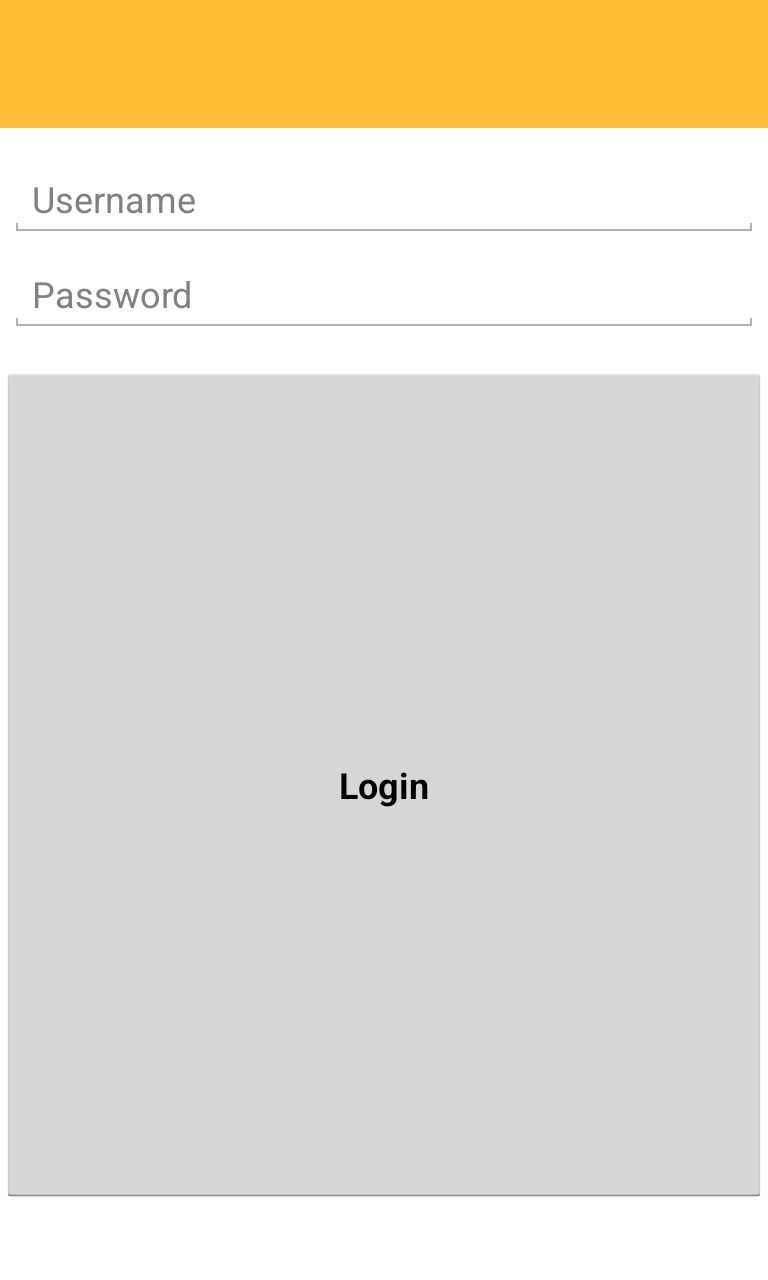
Repository: bleproj/ble-android
Layout: ble/res/layout/activity_login.xml
The author's editor kept a copy of each file at every save. The layout is drawn from the files as they stood at one save, then again after the next save.
It is drawn on a 768 x 1280 px phone screen (xhdpi) without system bars, with theme AppTheme; the app's code is not run.

Above is the layout before, as saved 2013-11-29 13:37:40.

After the next save:
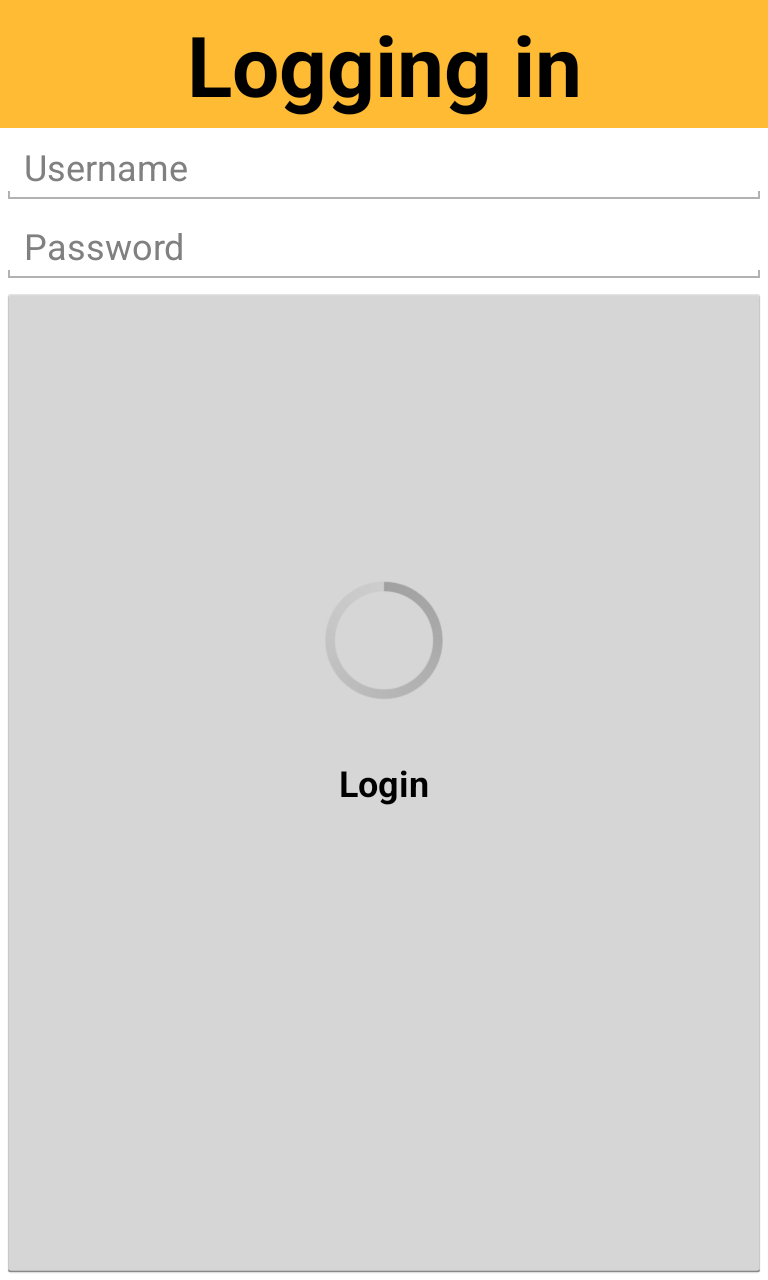
Saved 9 min 35 s later.
--- a/ble/res/layout/activity_login.xml
+++ b/ble/res/layout/activity_login.xml
@@ -1,32 +1,4 @@
-<!-- <RelativeLayout xmlns:android="http://schemas.android.com/apk/res/android" -->
-<!--     xmlns:tools="http://schemas.android.com/tools" -->
-<!--     android:layout_width="match_parent" -->
-<!--     android:layout_height="match_parent" -->
-<!--     android:paddingBottom="@dimen/activity_vertical_margin" -->
-<!--     android:paddingLeft="@dimen/activity_horizontal_margin" -->
-<!--     android:paddingRight="@dimen/activity_horizontal_margin" -->
-<!--     android:paddingTop="@dimen/activity_vertical_margin" -->
-<!--     tools:context=".LoginActivity" > -->
-
-<!--     <TextView -->
-<!--         android:id="@+id/textView1" -->
-<!--         android:layout_width="wrap_content" -->
-<!--         android:layout_height="wrap_content" -->
-<!--         android:text="@string/hello_world" /> -->
-
-<!--     <Button -->
-<!--         android:id="@+id/button1" -->
-<!--         android:layout_width="wrap_content" -->
-<!--         android:layout_height="wrap_content" -->
-<!--         android:layout_below="@+id/textView1" -->
-<!--         android:layout_marginTop="140dp" -->
-<!--         android:layout_toRightOf="@+id/textView1" -->
-<!--         android:onClick="clickedButton" -->
-<!--         android:text="Button" /> -->
-
-<!-- </RelativeLayout> -->
-
-<LinearLayout xmlns:android="http://schemas.android.com/apk/res/android"
+<RelativeLayout xmlns:android="http://schemas.android.com/apk/res/android"
     xmlns:tools="http://schemas.android.com/tools"
     android:layout_width="fill_parent"
     android:layout_height="fill_parent"
@@ -34,20 +6,34 @@
     tools:context=".LoginActivity" >
 
     <ImageView
+        android:id="@+id/imageView1"
         android:layout_width="match_parent"
         android:layout_height="64dp"
         android:background="#FFFFBB33"
         android:contentDescription="@string/app_name"
         android:scaleType="center" />
 
+    <!-- </RelativeLayout> -->
+
+    <Button
+        android:id="@+id/login"
+        android:layout_width="match_parent"
+        android:layout_height="wrap_content"
+        android:layout_alignParentBottom="true"
+        android:layout_alignParentLeft="true"
+        android:layout_below="@+id/password"
+        android:layout_weight="0.55"
+        android:onClick="Send"
+        android:text="Login"
+        android:textStyle="bold" />
+
     <EditText
         android:id="@+id/username"
         android:layout_width="match_parent"
         android:layout_height="wrap_content"
-        android:layout_marginBottom="4dp"
-        android:layout_marginLeft="4dp"
-        android:layout_marginRight="4dp"
-        android:layout_marginTop="16dp"
+        android:layout_below="@+id/imageView1"
+        android:layout_centerHorizontal="true"
+        android:ems="10"
         android:hint="Username"
         android:inputType="textEmailAddress" />
 
@@ -55,24 +41,33 @@
         android:id="@+id/password"
         android:layout_width="match_parent"
         android:layout_height="wrap_content"
-        android:layout_marginBottom="16dp"
-        android:layout_marginLeft="4dp"
-        android:layout_marginRight="4dp"
-        android:layout_marginTop="4dp"
+        android:layout_alignParentLeft="true"
+        android:layout_below="@+id/username"
+        android:ems="10"
         android:fontFamily="sans-serif"
         android:hint="Password"
         android:inputType="textPassword" />
 
-    <Button
-        android:id="@+id/login"
-        android:layout_width="match_parent"
+    <ProgressBar
+        android:id="@+id/progressBar1"
+        style="?android:attr/progressBarStyleLarge"
+        android:layout_width="wrap_content"
         android:layout_height="wrap_content"
-        android:layout_marginBottom="38dp"
-        android:layout_weight="0.55"
+        android:layout_centerHorizontal="true"
+        android:layout_centerVertical="true" />
+
+    <TextView
+        android:id="@+id/textView1"
+        android:layout_width="wrap_content"
+        android:layout_height="wrap_content"
+        android:layout_alignBottom="@+id/imageView1"
+        android:layout_alignParentLeft="true"
+        android:layout_alignParentRight="true"
+        android:layout_alignParentTop="true"
+        android:text="Logging in"
         android:textStyle="bold"
-        android:onClick="Send"
-        android:text="Login" />
+        android:textSize="42sp"
+        android:gravity="center"
+        android:textAppearance="?android:attr/textAppearanceLarge" />
 
-    <!-- </RelativeLayout> -->
-
-</LinearLayout>
+</RelativeLayout>
